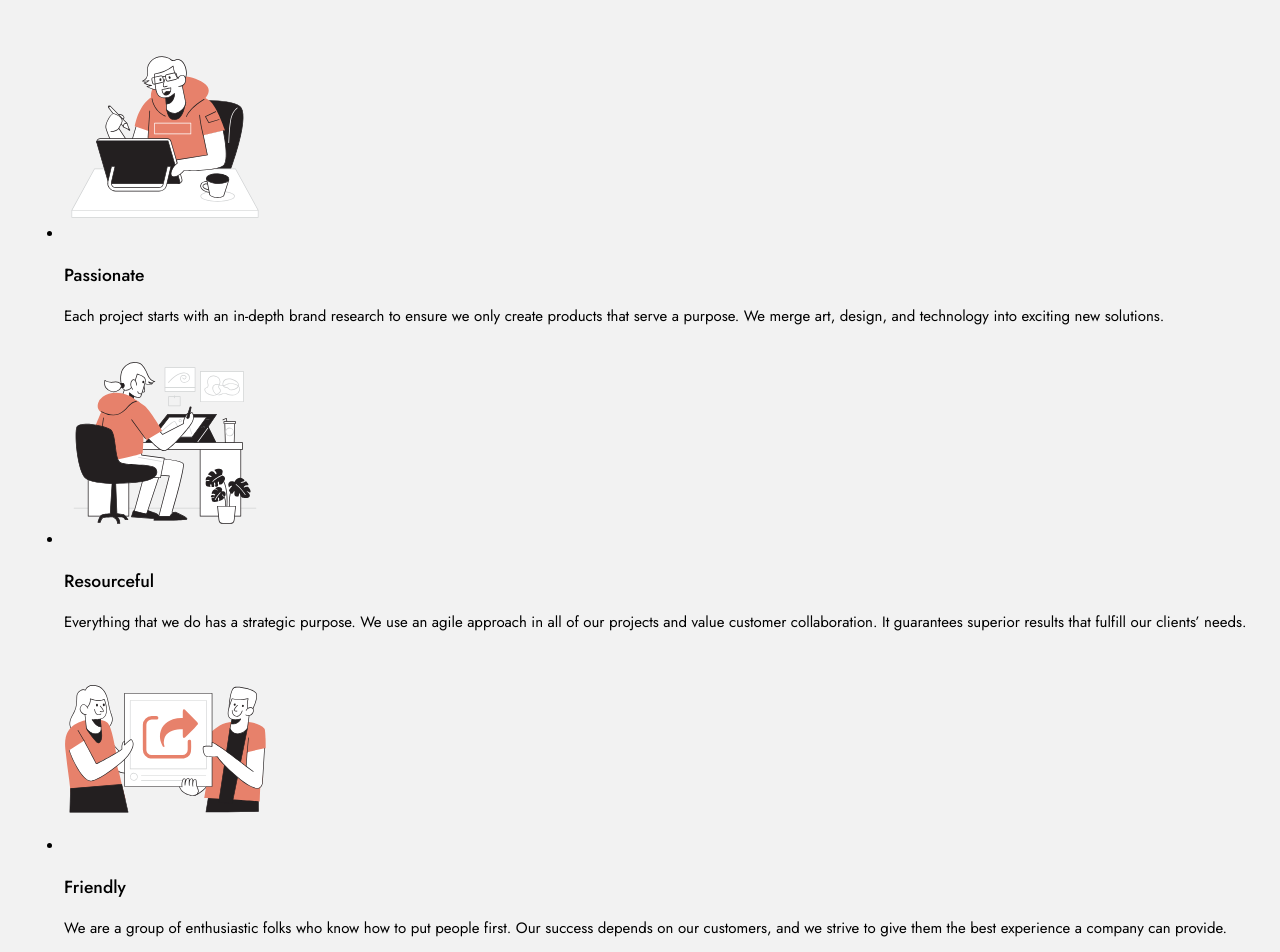
Repository: bluepersia/designo-website
Page: src/index.html
The author's editor kept a copy of each file at every save. The page is drawn from the files as they stood at one save, then again after the next save.
The browser window is 1280 px wide. The pictures show the part of the page from y = 3581 to 4533 px (the page is 5171 px tall before and 5036 px after).
A picture or video elsewhere on the page could not be fetched, so the positions and the page height are approximate.

Above is the page before, as saved 2025-07-13 11:42:10.

After the next save:
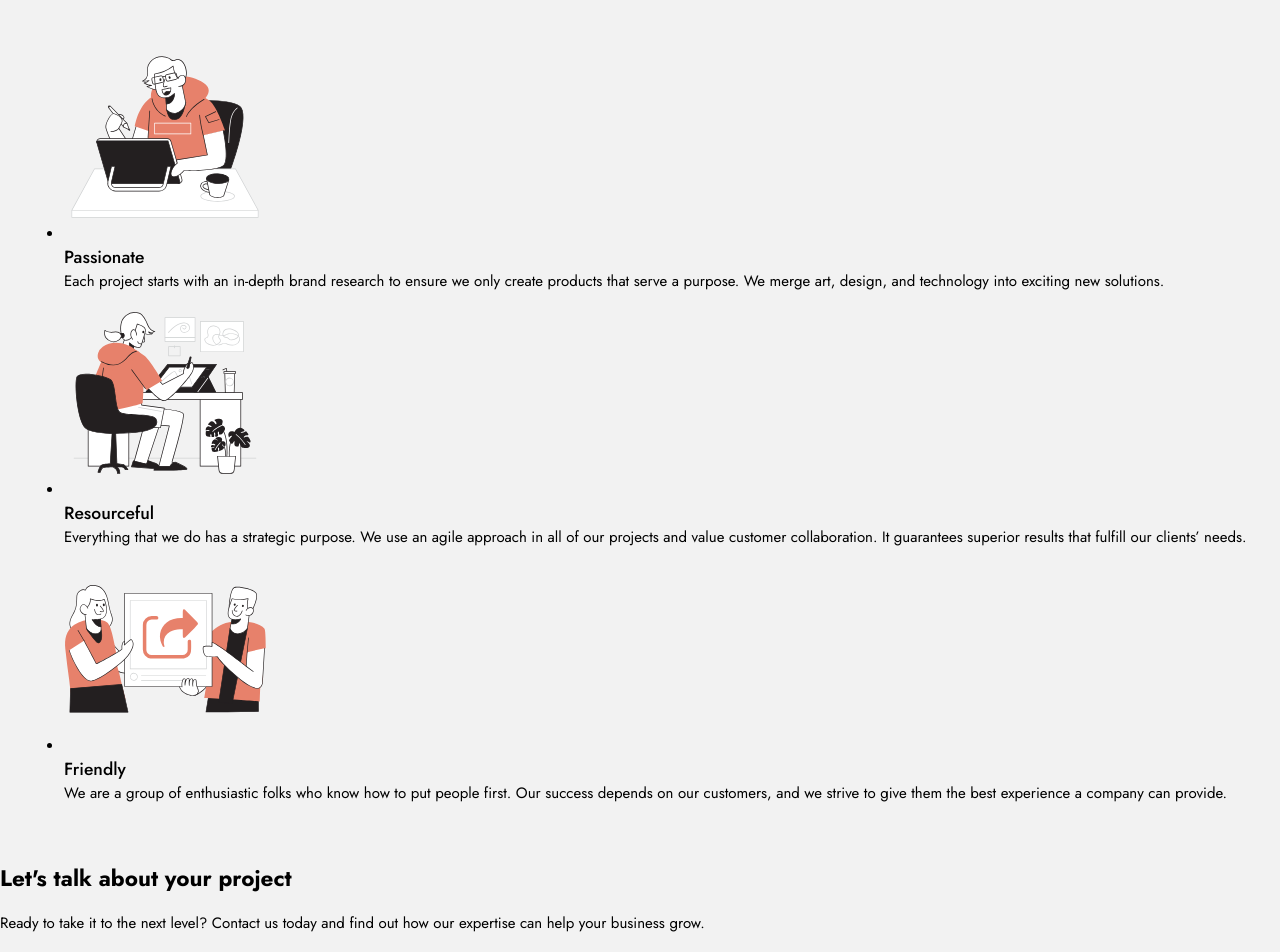
Saved 64 s later.
--- a/src/index.html
+++ b/src/index.html
@@ -150,13 +150,13 @@
         <ul class="list">
           <li class="img-block">
             <img
-              class="img"
+              class="img u-m-0"
               src="/img/home/desktop/illustration-passionate.svg"
               alt="Man enthusiastically designing on his pad"
             />
             <div class="bg-circle"></div>
-            <h3 class="title u-fw-medium">Passionate</h3>
-            <p class="body">
+            <h3 class="title u-fw-medium u-m-0">Passionate</h3>
+            <p class="body u-m-0">
               Each project starts with an in-depth brand research to ensure we
               only create products that serve a purpose. We merge art, design,
               and technology into exciting new solutions.
@@ -164,13 +164,13 @@
           </li>
           <li class="img-block">
             <img
-              class="img"
+              class="img u-m-0"
               src="/img/home/desktop/illustration-resourceful.svg"
               alt="Man designing on his pad, surrounded by plants and drawings"
             />
             <div class="bg-circle"></div>
-            <h3 class="title u-fw-medium">Resourceful</h3>
-            <p class="body">
+            <h3 class="title u-fw-medium u-m-0">Resourceful</h3>
+            <p class="body u-m-0">
               Everything that we do has a strategic purpose. We use an agile
               approach in all of our projects and value customer collaboration.
               It guarantees superior results that fulfill our clients’ needs.
@@ -178,13 +178,13 @@
           </li>
           <li class="img-block">
             <img
-              class="img"
+              class="img u-m-0"
               src="/img/home/desktop/illustration-friendly.svg"
               alt="2 people co-operatively holding a 'share' icon"
             />
             <div class="bg-circle"></div>
-            <h3 class="title u-fw-medium">Friendly</h3>
-            <p class="body">
+            <h3 class="title u-fw-medium u-m-0">Friendly</h3>
+            <p class="body u-m-0">
               We are a group of enthusiastic folks who know how to put people
               first. Our success depends on our customers, and we strive to give
               them the best experience a company can provide.
